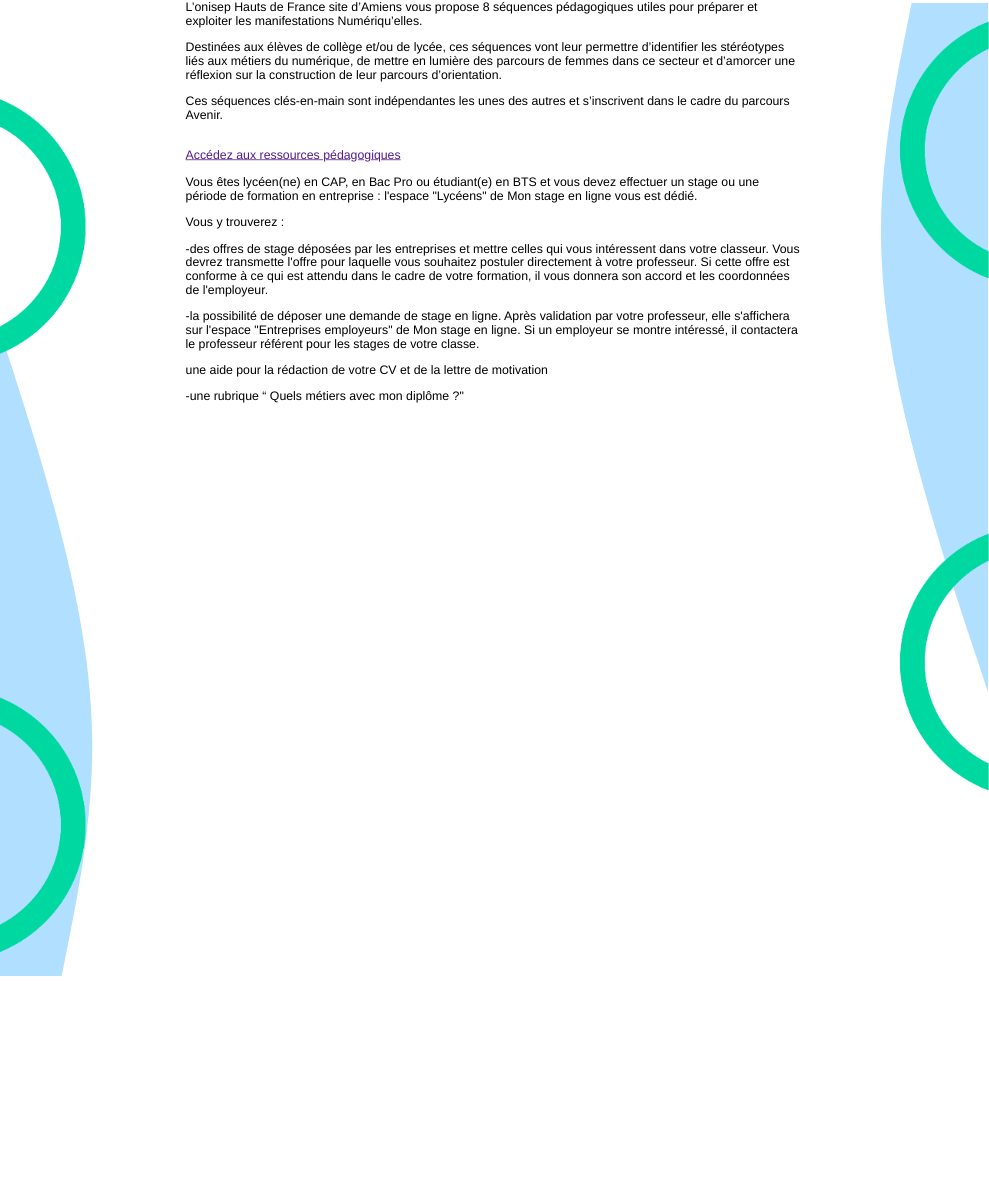
Repository: FrancisClerfayt/NumeriquElles
Page: preparation.html
These files come from the project's save history. The page is drawn as it stood at one moment and after the next save; the edit follows.
The browser window is 1280 px wide. The page is 1284 px wide, so the pictures cover 1284 px, including what lies to the right of the window. The pictures show the whole page, at 77% of full size.

Above is the page before, as saved 2020-10-27 16:02:49.

After the next save:
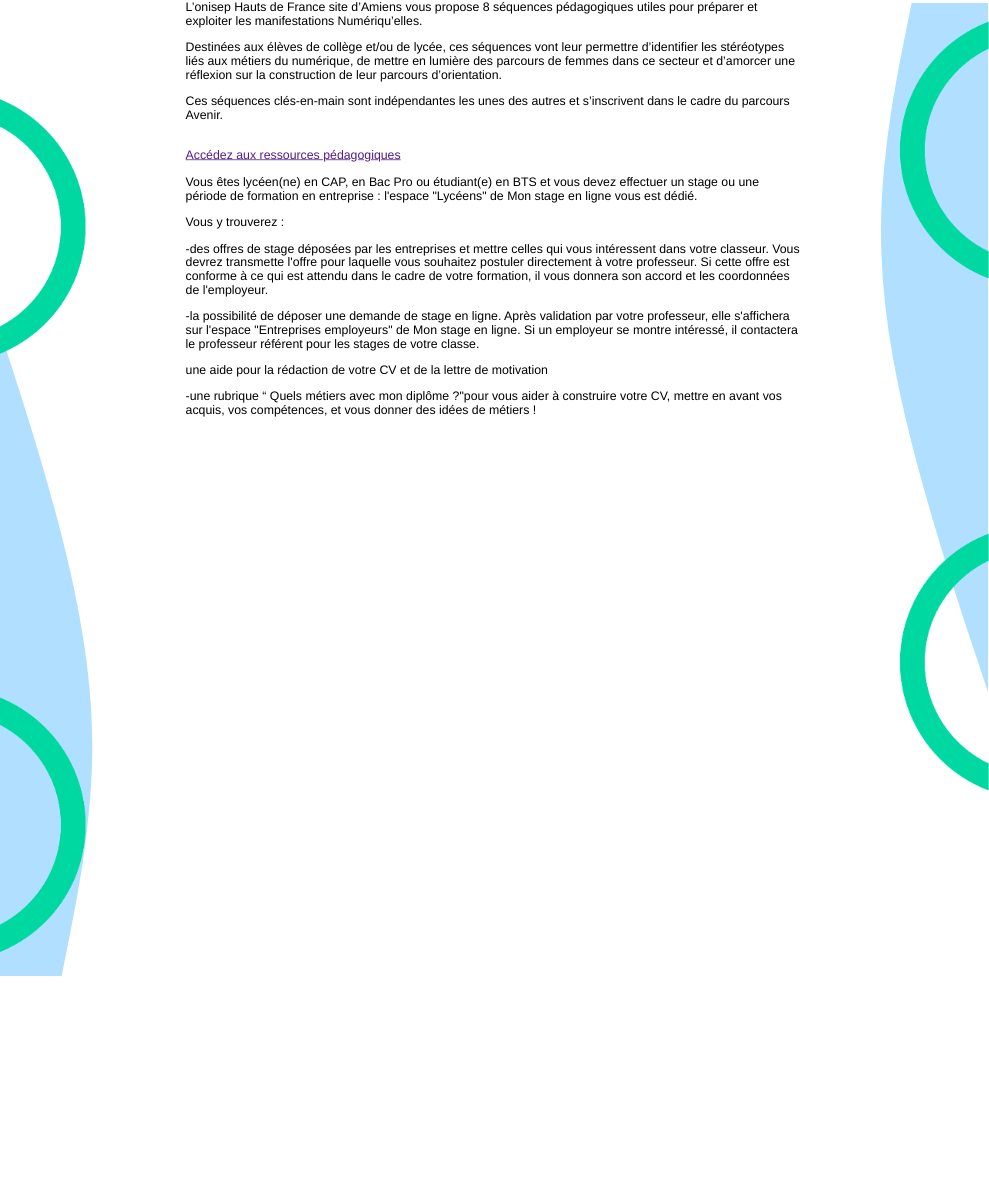
Saved 22 s later.
--- a/preparation.html
+++ b/preparation.html
@@ -40,7 +40,8 @@
               </p>
                 <p>une aide pour la rédaction de <span class="blackF"> votre CV et de la lettre de motivation
                 </span></p>
-                <p> -une rubrique<span class="blackF"> “ Quels métiers avec mon diplôme ?"</span></p>
+                <p> -une rubrique<span class="blackF"> “ Quels métiers avec mon diplôme ?"</span>pour vous aider à construire votre CV, mettre en
+                    avant vos acquis, vos compétences, et  vous donner des idées de métiers !</p>
                 <p><span class="blackF"></span></p>
             </div>
 
